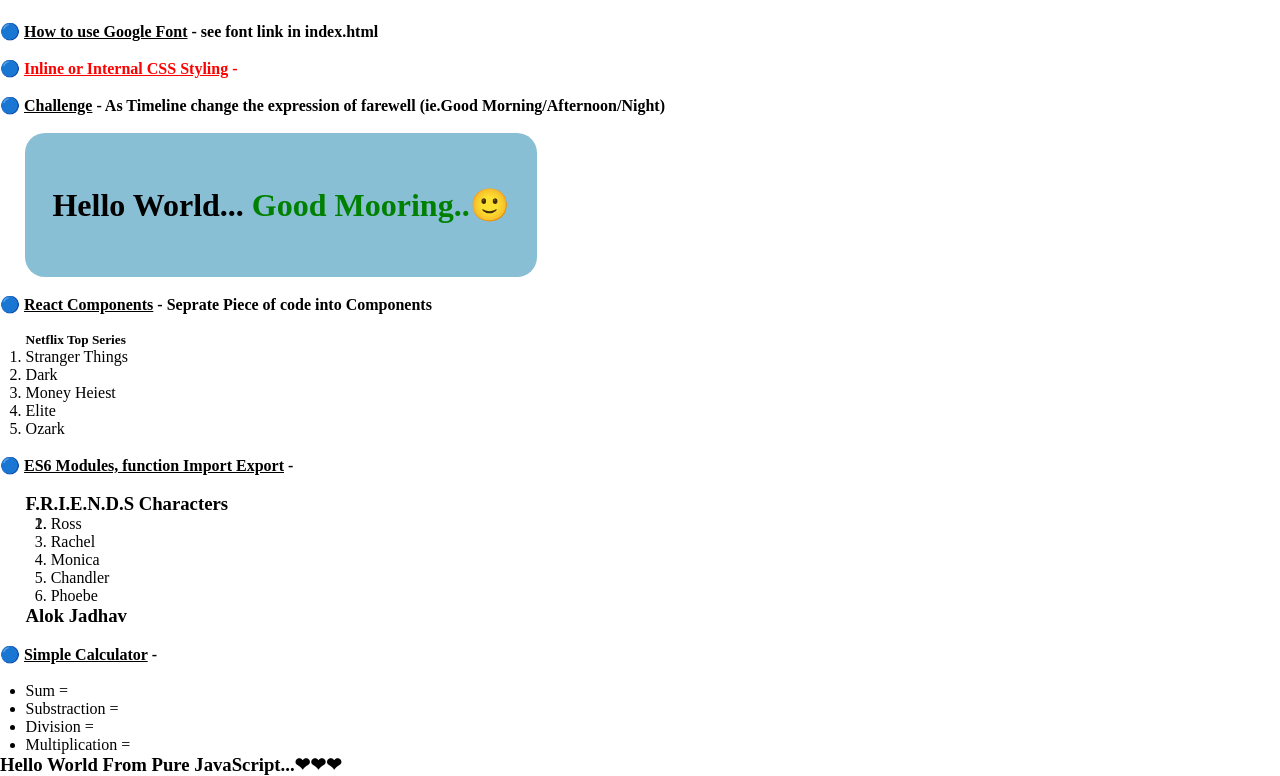
Repository: AalokJadhav/Being_ReactJS
Page: /
These files come from the project's save history. The page is drawn as it stood at one moment and after the next save; the edit follows.
The browser window is 1280 px wide. The pictures show the part of the page from y = 620 to 1414 px (the page is 1396 px tall before and 1414 px after).
The project was rebuilt for these pictures with package versions that can differ from the ones it lists, and the page was loaded fresh each time.

Above is the page before, as saved 2021-10-16 15:30:39.

After the next save:
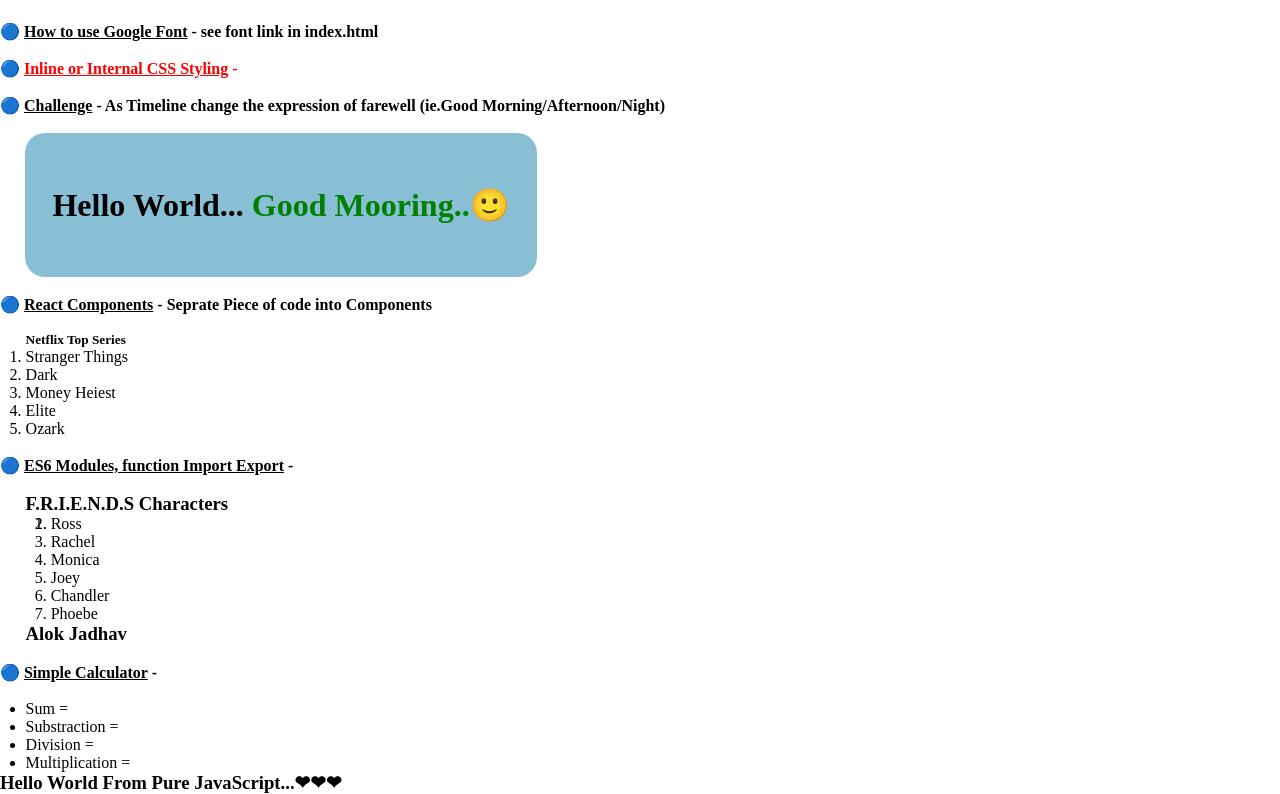
Saved 15 s later.
--- a/src/App.js
+++ b/src/App.js
@@ -2,7 +2,7 @@ import React from "react";
 import Heading from "./Heading";
 import List from "./List";
 
-const Characters = ['Ross', 'Rachel', 'Monica',  'Chandler', 'Phoebe'];
+const Characters = ['Ross', 'Rachel', 'Monica', 'Joey', 'Chandler', 'Phoebe'];
 const AllCharacters = [];
 
 Characters.forEach(function (data) {
